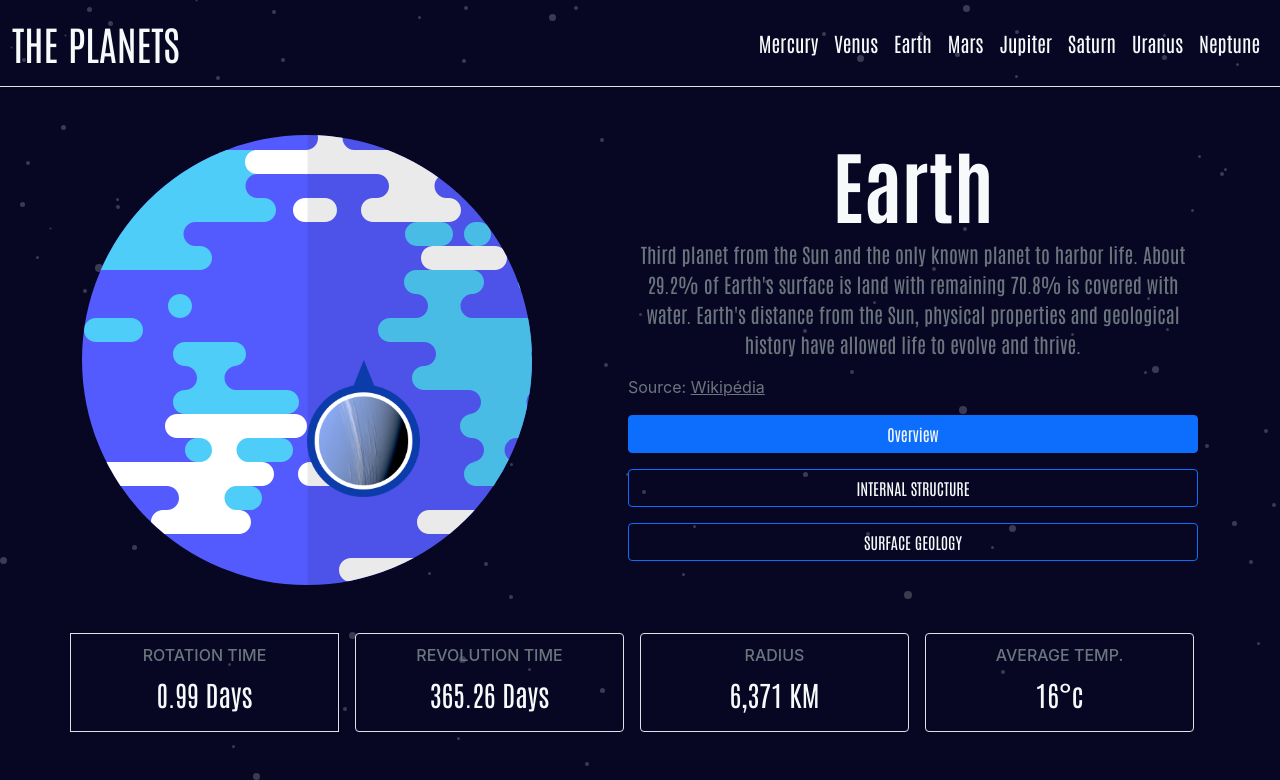
Repository: andre06x/the-planets
Page: /
These files come from the project's save history. The page is drawn as it stood at one moment and after the next save; the edit follows.
The browser window is 1280 px wide. The pictures show the whole page.
The project was rebuilt for these pictures with package versions that can differ from the ones it lists, and the page was loaded fresh each time.

Above is the page before, as saved 2021-10-19 16:49:28.

After the next save:
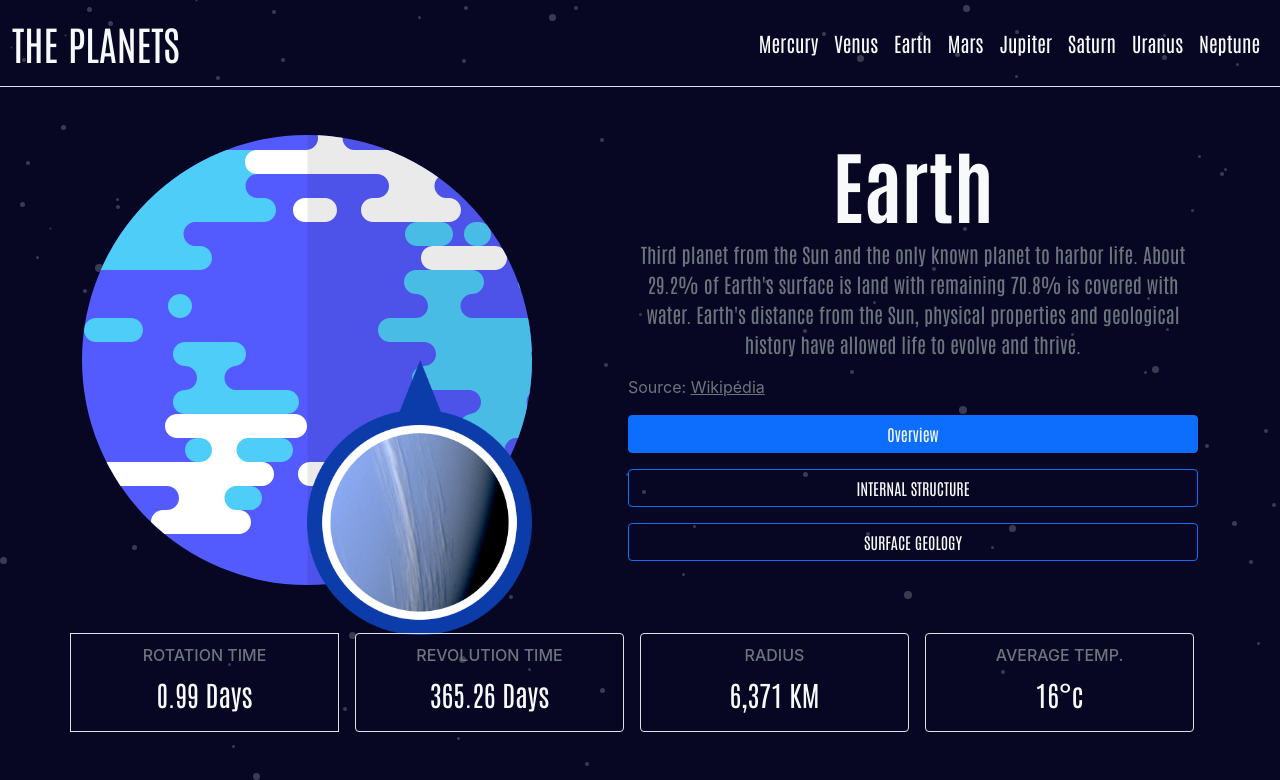
Saved 8 s later.
--- a/src/components/Container.js
+++ b/src/components/Container.js
@@ -54,7 +54,7 @@ const Container = () => {
         <div className="d-flex flex-md-row flex-column-reverse justify-content-between">
           <div className="me-md-5 d-flex justify-content-center position-relative">
             <img src={imagee} alt="" />
-            <img src="assets/geology-neptune.png" alt="" className="position-absolute top-50 start-50 w-25"/>
+            <img src="assets/geology-neptune.png" alt="" className="position-absolute top-50 start-50 w-50"/>
           </div>
           <div className="ms-md-5 d-flex flex-md-column flex-column-reverse">
             <h1 className="display-1 text-light font-antonio fw-bold text-center">
